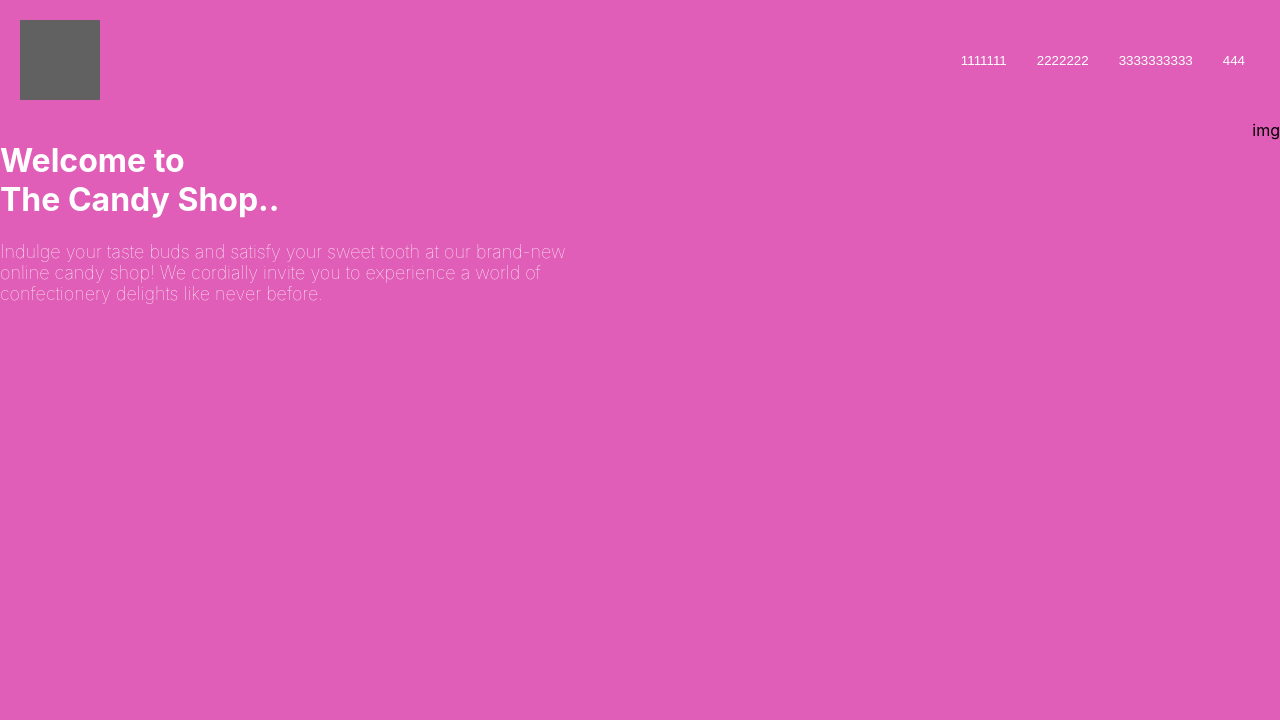
Repository: nika-otter/CandyShop
Page: /
These files come from the project's save history. The page is drawn as it stood at one moment and after the next save; the edit follows.
The browser window is 1280 px wide. The pictures show the whole page.
Pictures or frames that could not be fetched are drawn as grey boxes. An inner scrolling area shows only its first screen. The project was rebuilt for these pictures with package versions that can differ from the ones it lists, and the page was loaded fresh each time.

Above is the page before, as saved 2023-06-10 16:56:56.

### src/App.js
import "./App.css";
import Main from "./Pages/Main";

function App() {
  return (
    <div className="App">
      <Main />
    </div>
  );
}

export default App;

### src/App.css
.App {
  text-align: center;
  /* scrollbar-width: none; */
}

.App-logo {
  height: 40vmin;
  pointer-events: none;
}

@media (prefers-reduced-motion: no-preference) {
  .App-logo {
    animation: App-logo-spin infinite 20s linear;
  }
}

.App-header {
  background-color: #282c34;
  min-height: 100vh;
  display: flex;
  flex-direction: column;
  align-items: center;
  justify-content: center;
  font-size: calc(10px + 2vmin);
  color: white;
}

.App-link {
  color: #61dafb;
}

@keyframes App-logo-spin {
  from {
    transform: rotate(0deg);
  }
  to {
    transform: rotate(360deg);
  }
}

### src/Pages/Main.jsx
import Cupcake from "../components/Cupcake";
import Map from "../components/Map";
import Reviews from "../components/Reviews";
import We from "../components/We";
import WhatWeDo from "../components/WhatWeDo";
import classes from "./Main.module.scss";

function Main() {
  return (
    <div className={classes.container}>
      <Cupcake />
      <We />
      <WhatWeDo />
      <Reviews />
      <Map />
    </div>
  );
}

export default Main;

### src/components/Cupcake.jsx
import classes from "./Cupcake.module.scss";
import Nav from "./Nav";
function Cupcake() {
  return (
    <div className={classes.container}>
      <Nav />
      <div className={classes.content}>
        <div className={classes.info}>
          <h1 className={classes.cupcake__title}>
            Welcome to
            <br />
            The Candy Shop..
          </h1>
          <h2 className={classes.cupcake__subtitle}>
            Indulge your taste buds and satisfy your sweet tooth at our
            brand-new online candy shop! We cordially invite you to experience a
            world of confectionery delights like never before.
          </h2>
        </div>
        <div className={classes.cupcake}>img</div>
      </div>
    </div>
  );
}

export default Cupcake;

### src/components/Map.jsx
import classes from "./Map.module.scss";
function Map() {
  return <div className={classes.container}></div>;
}

export default Map;

### src/components/Reviews.jsx
import classes from "./Reviews.module.scss";
function Reviews() {
  return <div className={classes.container}>Reviews</div>;
}

export default Reviews;

### src/components/We.jsx
import classes from "./We.module.scss";
function We() {
  return <div className={classes.container}>We</div>;
}

export default We;

### src/components/WhatWeDo.jsx
import classes from "./WhatWeDo.module.scss";
function WhatWeDo() {
  return <div className={classes.container}>WhatWeDo</div>;
}

export default WhatWeDo;

### src/Pages/Main.module.scss
.container {
  height: 100vh;
  background-color: pink;
  scroll-snap-type: y mandatory;
  scroll-behavior: smooth;
  overflow-y: auto;
  scrollbar-width: none;
  &::-webkit-scrollbar {
    display: none;
  }
}

### src/components/Cupcake.module.scss
.container {
  height: 100vh;
  background-color: rgb(224, 94, 183);
  scroll-snap-align: center;
}
.content {
  display: flex;
  justify-content: space-between;
}
.info {
  width: 600px;
}
.cupcake__title {
  //   font-size: large;
  color: white;
  text-align: start;
}
.cupcake__subtitle {
  color: white;
  font-weight: 100;
  font-size: large;
  text-align: start;
}
.cupcake {
  //   width: 500vw;
}

### src/components/Nav.jsx
import classes from "./Nav.module.scss";
function Nav() {
  return (
    <nav className={classes.container}>
      <img
        src="https://cdn-icons-png.flaticon.com/512/1888/1888765.png"
        alt=""
      />
      <div>
        {" "}
        <button>1111111</button>
        <button>2222222</button>
        <button>3333333333</button>
        <button>444</button>
      </div>
    </nav>
  );
}

export default Nav;

### src/components/Map.module.scss
.container {
  height: 100vh;
  background-color: rgb(205, 127, 140);
  scroll-snap-align: center;
}

### src/components/Reviews.module.scss
.container {
  height: 100vh;
  background-color: pink;
  scroll-snap-align: center;
}

### src/components/We.module.scss
.container {
  height: 100vh;
  background-color: rgb(209, 183, 188);
  scroll-snap-align: center;
}

### src/components/WhatWeDo.module.scss
.container {
  height: 100vh;
  background-color: rgb(171, 116, 125);
  scroll-snap-align: center;
}

### src/components/Nav.module.scss
.container {
  display: flex;
  justify-content: space-between;
  padding: 20px;
  max-width: 1400px;
  align-items: center;
  img {
    width: 80px;
    height: 80px;
    filter: invert(100%);
  }
  button {
    background-color: transparent;
    border: none;
    cursor: pointer;
    padding: 5px;
    margin: 10px;
    color: white;
    &:hover {
      background-color: #f5f5f530;
      border-radius: 5px;
    }
  }
}

Loaded but not shown: public/index.html (common file); src/index.js (common file); src/index.css (common file)

After the next save:
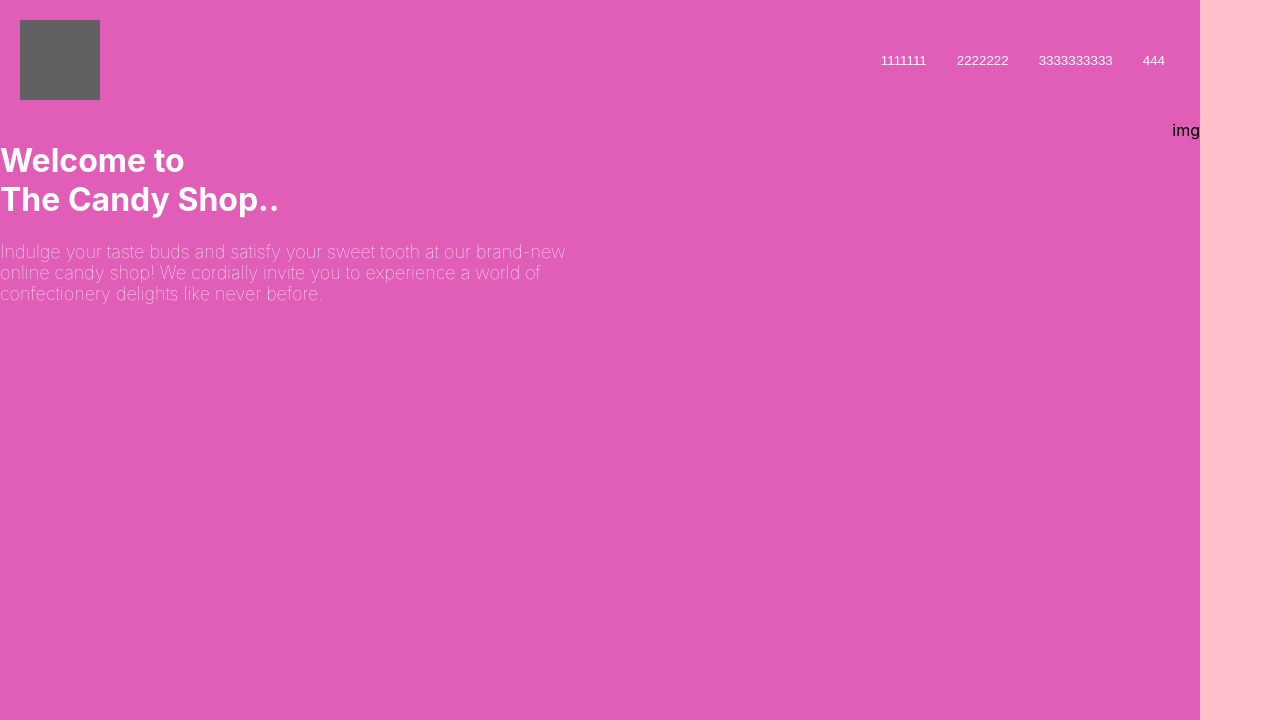
Saved 45 s later.
--- a/src/components/Cupcake.module.scss
+++ b/src/components/Cupcake.module.scss
@@ -2,6 +2,7 @@
   height: 100vh;
   background-color: rgb(224, 94, 183);
   scroll-snap-align: center;
+  width: 1200px;
 }
 .content {
   display: flex;

After the save that followed:
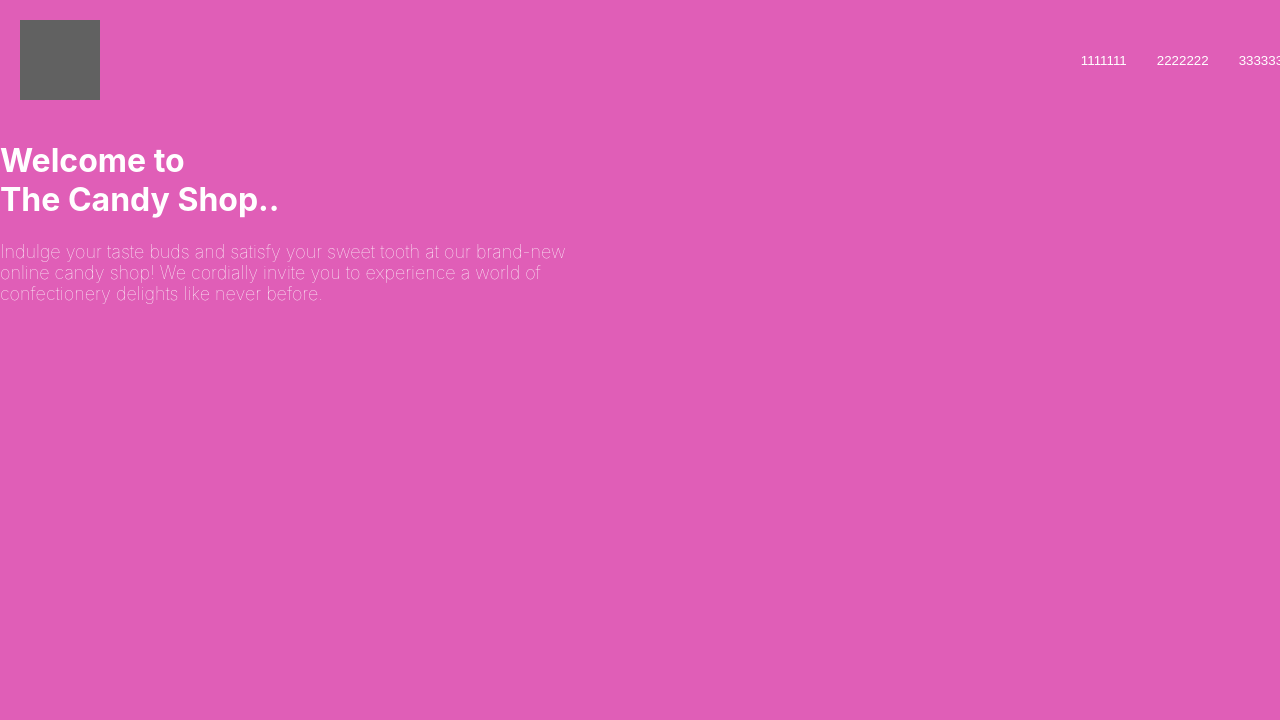
Saved 8 s later.
--- a/src/components/Cupcake.module.scss
+++ b/src/components/Cupcake.module.scss
@@ -2,7 +2,7 @@
   height: 100vh;
   background-color: rgb(224, 94, 183);
   scroll-snap-align: center;
-  width: 1200px;
+  width: 1400px;
 }
 .content {
   display: flex;
